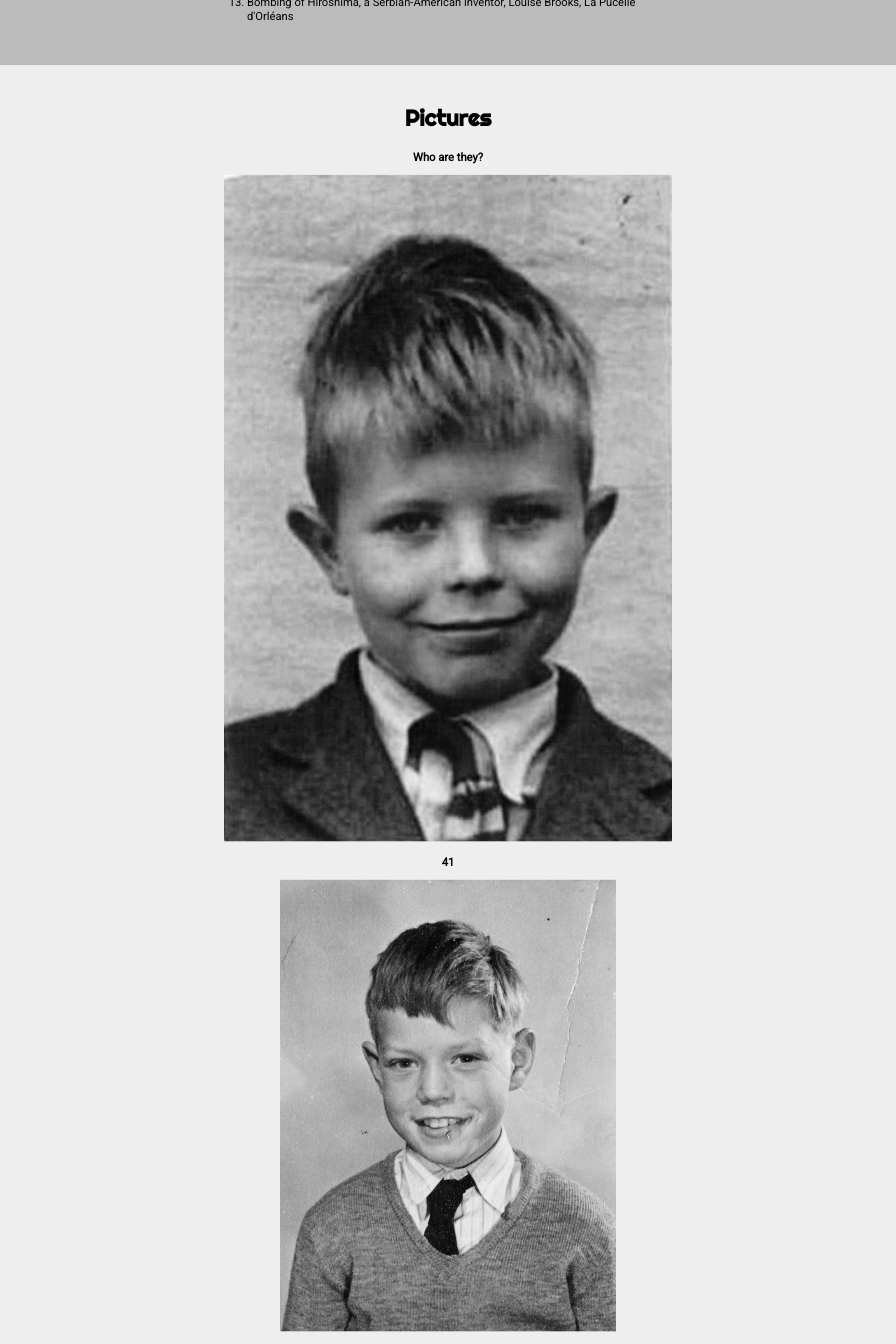
Repository: Domehead123/quiz
Page: index.html
The author's editor kept a record of every edit. The page is drawn from the files as they stood at one moment, then again after the next edit.
The browser window is 1280 px wide. The pictures show the part of the page from y = 2177 to 4097 px (the page is 4184 px tall before and 3729 px after), at 70% of full size.

Above is the page before.

After the next edit:
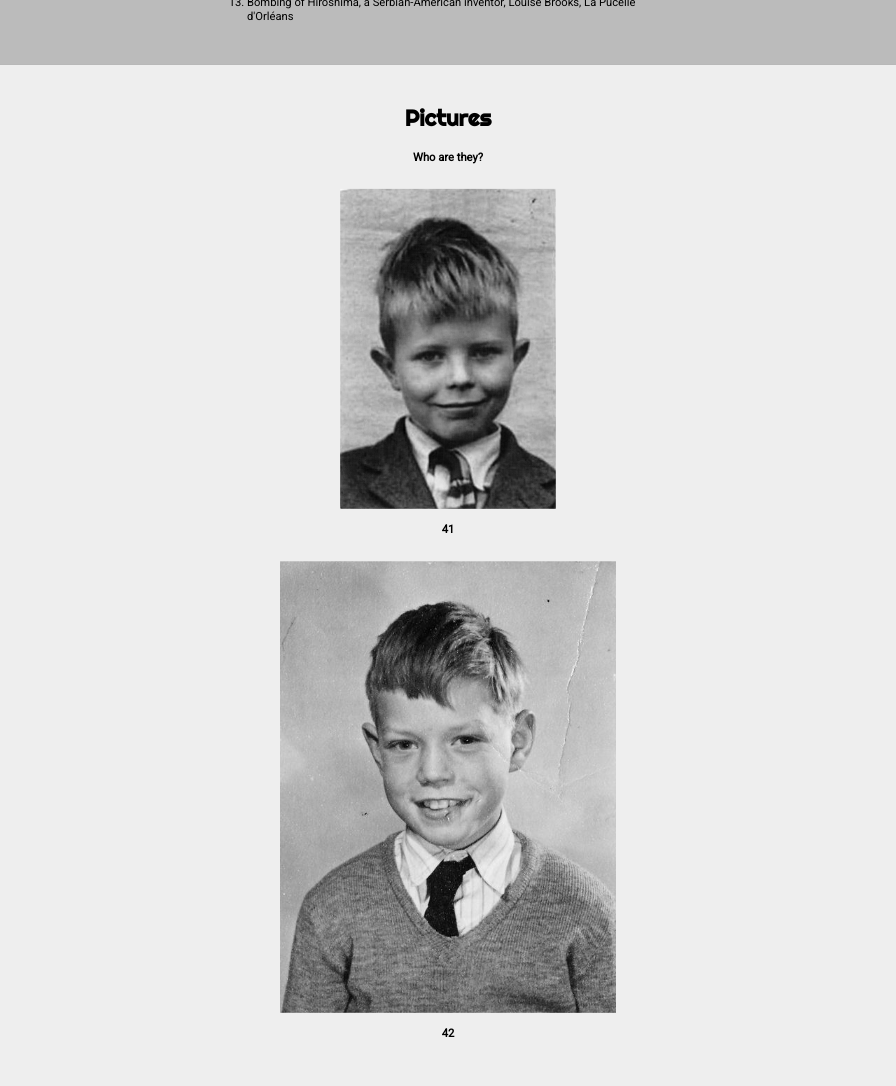
The edit:
--- a/index.html
+++ b/index.html
@@ -107,7 +107,7 @@
 
         <p>Who are they?</p>
 
-<div class"image">
+<div class="image">
     <img src="images/1.jpg">
     <p>41</p>
 </div>
